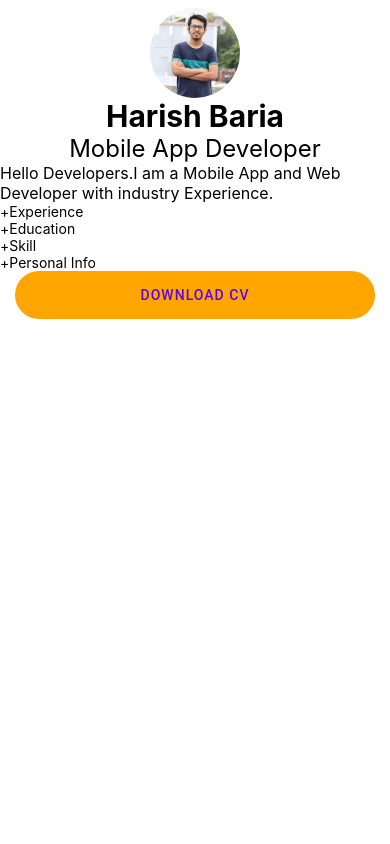
Repository: harishbariya/React-Native-ui-desiign
Screen: /
These files come from the project's save history. The screen is drawn as it stood at one moment and after the next save; the edit follows.
The app was drawn by React Native's web renderer in a window 390 px wide. The project was rebuilt for these pictures with package versions that can differ from the ones it lists, and the page was loaded fresh each time.

Above is the screen before, as saved 2021-11-17 15:01:05.

After the next save:
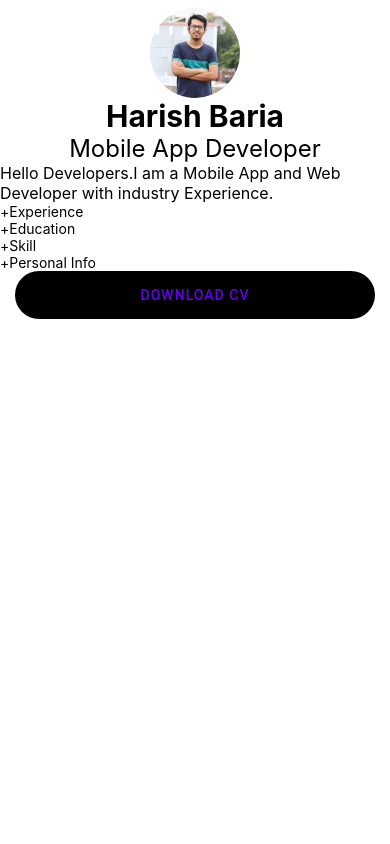
Saved 12 s later.
--- a/App.js
+++ b/App.js
@@ -39,7 +39,7 @@ class App extends Component
 
 
           <View>
-            <Button style={{backgroundColor:"orange",padding:7,marginHorizontal:15,borderRadius:50}}>Download CV</Button>
+            <Button style={{backgroundColor:"#000",padding:7,marginHorizontal:15,borderRadius:50}}>Download CV</Button>
           </View>
       </View>
 
